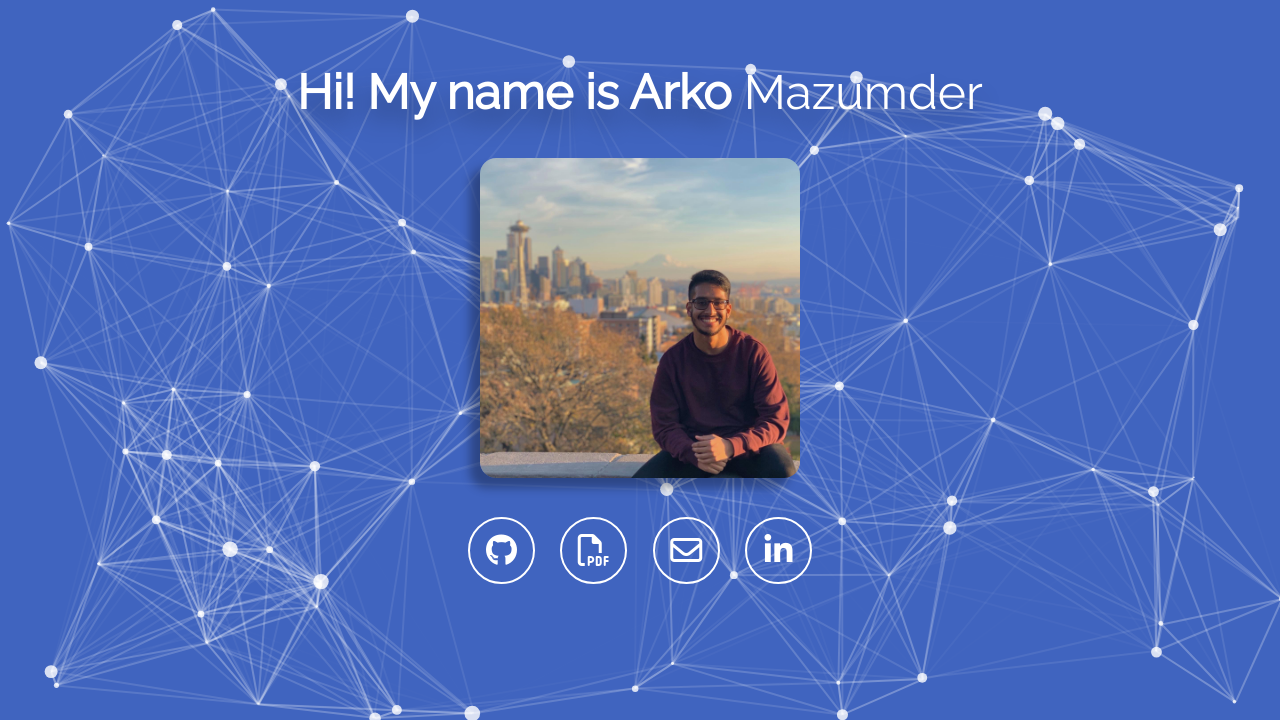
Repository: arkomz/arkomz.github.io
Page: index.html
The author's editor kept a copy of each file at every save. The page is drawn from the files as they stood at one save, then again after the next save.
The browser window is 1280 px wide. The pictures show the whole page.
Some web libraries are served in a nearby version.

Above is the page before, as saved 2020-07-22 23:41:06.

After the next save:
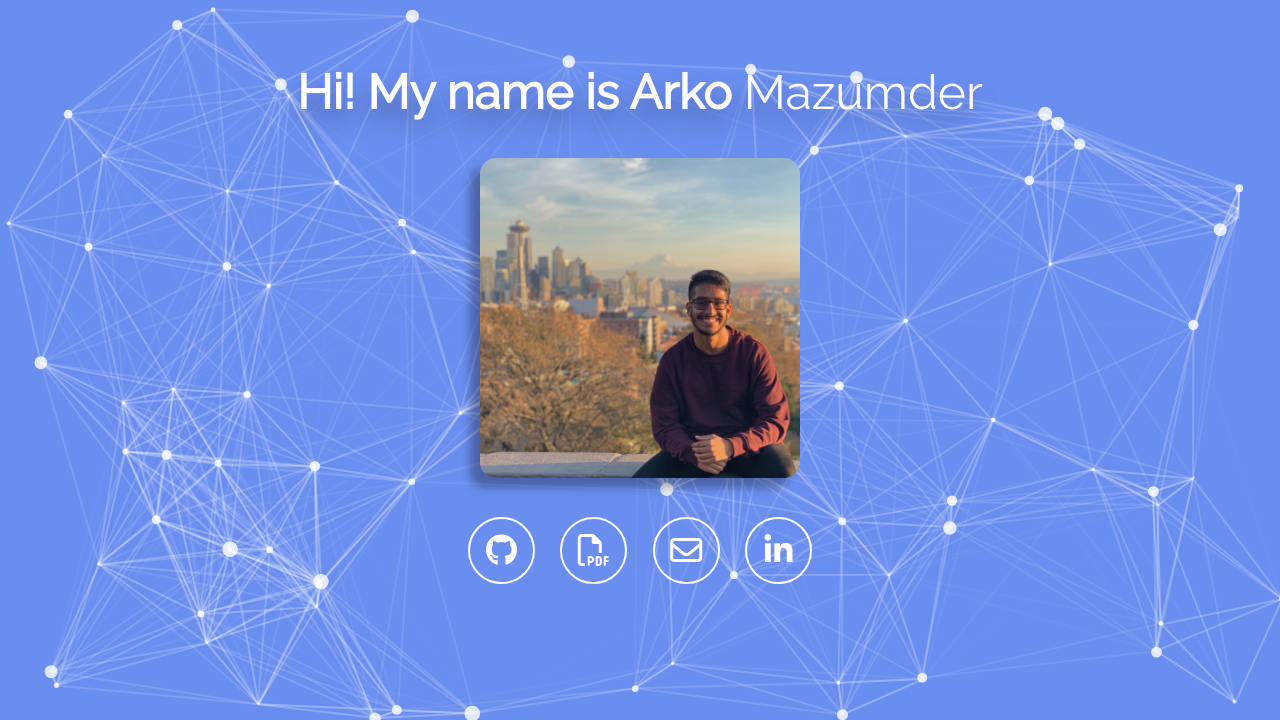
Saved 118 s later.
--- a/assets/css/styles.css
+++ b/assets/css/styles.css
@@ -26,9 +26,9 @@ body, html {
 }
 
 body {
-    background: #4064bf ;  /* fallback for old browsers */
-    background: -webkit-linear-gradient(to right, #4064bf, #4064bf);  /* Chrome 10-25, Safari 5.1-6 */
-    background: linear-gradient(to right, #4064bf, #4064bf); /* W3C, IE 10+/ Edge, Firefox 16+, Chrome 26+, Opera 12+, Safari 7+ */
+    background: #6a8ef0 ;  /* fallback for old browsers */
+    background: -webkit-linear-gradient(to right, #6a8ef0, #6a8ef0);  /* Chrome 10-25, Safari 5.1-6 */
+    background: linear-gradient(to right, #6a8ef0, #6a8ef0); /* W3C, IE 10+/ Edge, Firefox 16+, Chrome 26+, Opera 12+, Safari 7+ */
     margin: 0;
     animation: fade 3s forwards ease;
 }
